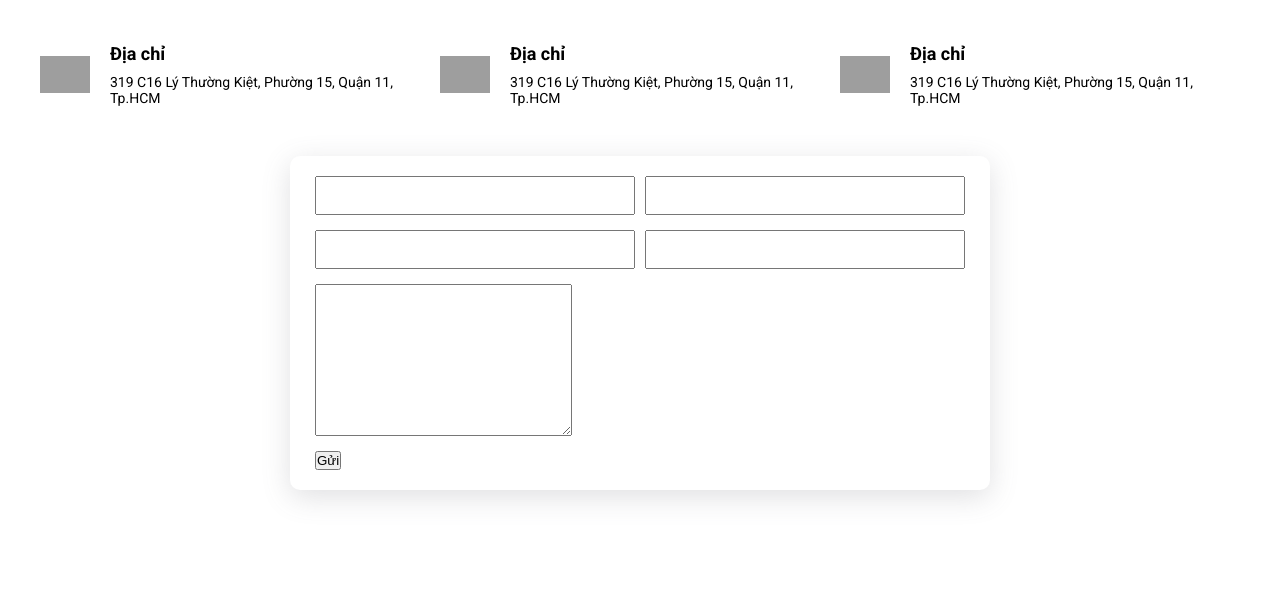
Repository: web345/WEBNANGCAO-clock-
Page: contact.html
These files come from the project's save history. The page is drawn as it stood at one moment and after the next save; the edit follows.
The browser window is 1280 px wide. The pictures show the part of the page from y = 678 to 1268 px (the page is 1268 px tall before and 1264 px after).
Pictures or frames that could not be fetched are drawn as grey boxes. Some web libraries are served in a nearby version.

Above is the page before, as saved 2021-09-10 20:24:18.

After the next save:
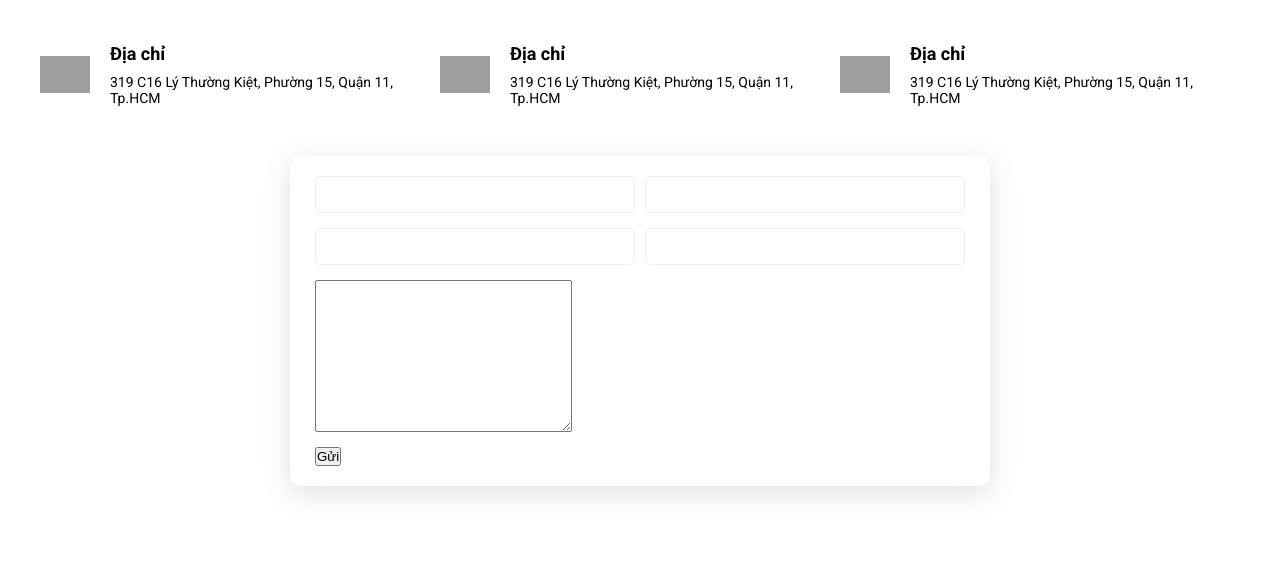
Saved 84 s later.
--- a/CSS/contact.css
+++ b/CSS/contact.css
@@ -43,4 +43,7 @@ form {
 .form-group input {
   width: 50%;
   padding: 10px 15px;
+  outline: none;
+  border: 1px solid #eee;
+  border-radius: 5px;
 }
